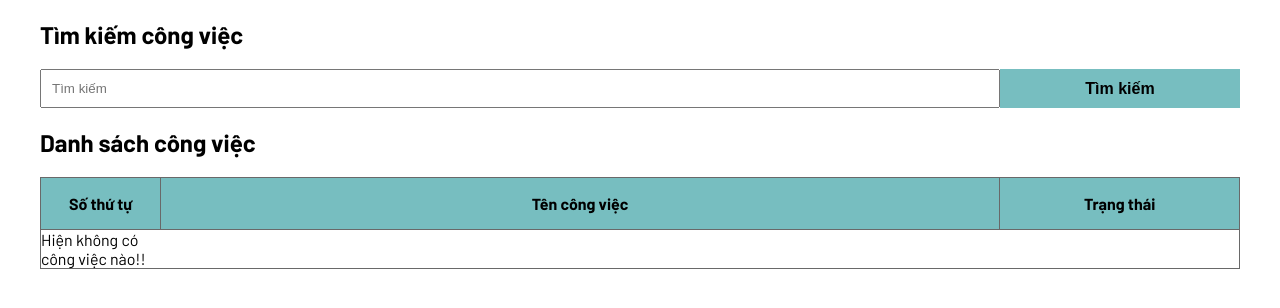
Repository: OkazakiTruong/searchReact
Page: /
The author's editor kept a copy of each file at every save. The page is drawn from the files as they stood at one save, then again after the next save.
The browser window is 1280 px wide. The pictures show the whole page.
The page's requests for data from a server got no answer. The project was rebuilt for these pictures with package versions that can differ from the ones it lists, and the page was loaded fresh each time. No one was signed in, and anything a server would have sent is missing. Also part of the build but not shown: vite.config.js.

Above is the page before, as saved 2024-01-11 14:18:41.

### src/App.jsx
import React from "react";
import { SearchAppContainer } from "./SearchApp/SearchAppContainer";

export const App = () => {
  return (
    <div className="app">
      <SearchAppContainer />
    </div>
  );
};

### src/index.css
@import url("https://fonts.googleapis.com");
@import url("https://fonts.gstatic.com");
@import url("https://fonts.googleapis.com/css2?family=Barlow:ital,wght@0,100;0,200;0,300;0,400;0,500;0,600;0,700;0,800;0,900;1,100;1,200;1,300;1,400;1,500;1,600;1,700;1,800;1,900&display=swap");

* {
  padding: 0;
  margin: 0;
  box-sizing: border-box;
}

body {
  font-family: "Barlow", sans-serif;
}

.app {
  max-width: 1250px;
  padding: 0 25px;
  margin: 0 auto;
}

### src/SearchApp/SearchAppContainer.jsx
import React, { useCallback, useEffect, useState } from "react";
import { ListTodo } from "./Todo/ListTodo";
import { Search } from "./Search/Search";

export const SearchAppContainer = () => {
  const [todos, setTodos] = useState(null);
  useEffect(() => {
    //fetch api
    fetch("https://jsonplaceholder.typicode.com/todos?_page=1", {
      method: "GET",
      headers: {
        "Content-type": "application/json",
      },
    })
      .then((response) => response.json())
      .then((data) => {
        setTodos(data);
      });
  }, []);
  return (
    <div>
      <Search />
      <ListTodo todos={todos} />
    </div>
  );
};

### src/SearchApp/Todo/ListTodo.jsx
import React from "react";
import "./listTodo.css";

export const ListTodo = ({ todos }) => {
  return (
    <>
      <h2>Danh sách công việc</h2>
      <table>
        <tbody>
          <tr>
            <th className="numerical-order">Số thứ tự</th>
            <th className="todo-name">Tên công việc</th>
            <th className="status">Trạng thái</th>
          </tr>
          {!todos
            ? "Hiện không có công việc nào!!"
            : todos.map((todo, index) => (
                <tr>
                  <td>{++index}</td>
                  <td>{todo.title}</td>
                  <td>
                    {todo.completed ? "Đã hoàn thành" : "Chưa hoàn thành"}
                  </td>
                </tr>
              ))}
        </tbody>
      </table>
    </>
  );
};

### src/SearchApp/Search/Search.jsx
import React from "react";
import "./Search.css";

export const Search = () => {
  return (
    <div className="search-container">
      <h2>Tìm kiếm công việc</h2>
      <form action="#">
        <div className="search-bar">
          <input type="text" placeholder="Tìm kiếm" />
          <button>Tìm kiếm</button>
        </div>
      </form>
    </div>
  );
};

### src/SearchApp/Todo/listTodo.css
table {
  width: 100%;
}
table,
th,
td {
  border: 1px solid #696969;
  border-collapse: collapse;
}
th,
td {
  padding: 16px;
}
th {
  background-color: #77bec0;
}
th.todo-name {
  width: 70%;
}
th.numeric-order {
  width: 10%;
}
th.status {
  width: 20%;
}

h2 {
  margin-bottom: 20px;
}

### src/SearchApp/Search/Search.css
.search-container {
  margin: 20px 0;
}
.search-bar {
  display: flex;
  width: 100%;
}
input {
  width: 80%;
  padding: 10px;
}
button {
  width: 20%;
  cursor: pointer;
  background-color: #77bec0;
  border: #77bec0;
  font-weight: 600;
  font-size: 16px;
}

Loaded but not shown: index.html (common file); src/main.jsx (common file)

After the next save:
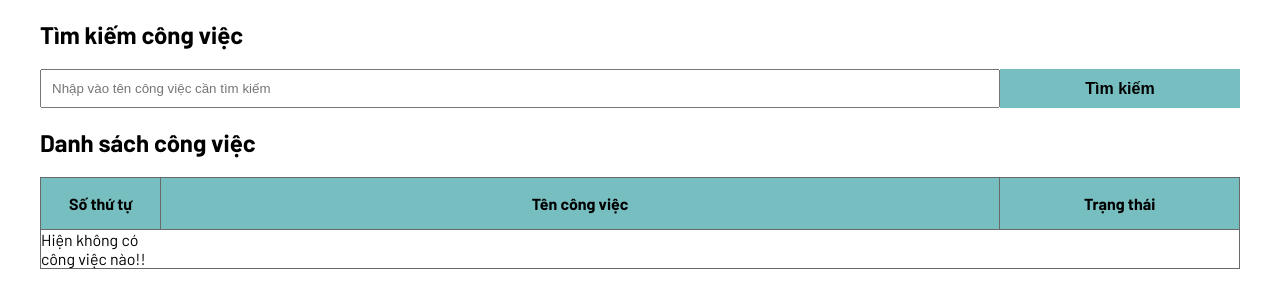
Saved 29 s later.
--- a/src/SearchApp/Search/Search.jsx
+++ b/src/SearchApp/Search/Search.jsx
@@ -7,7 +7,10 @@ export const Search = () => {
       <h2>Tìm kiếm công việc</h2>
       <form action="#">
         <div className="search-bar">
-          <input type="text" placeholder="Tìm kiếm" />
+          <input
+            type="text"
+            placeholder="Nhập vào tên công việc cần tìm kiếm"
+          />
           <button>Tìm kiếm</button>
         </div>
       </form>
